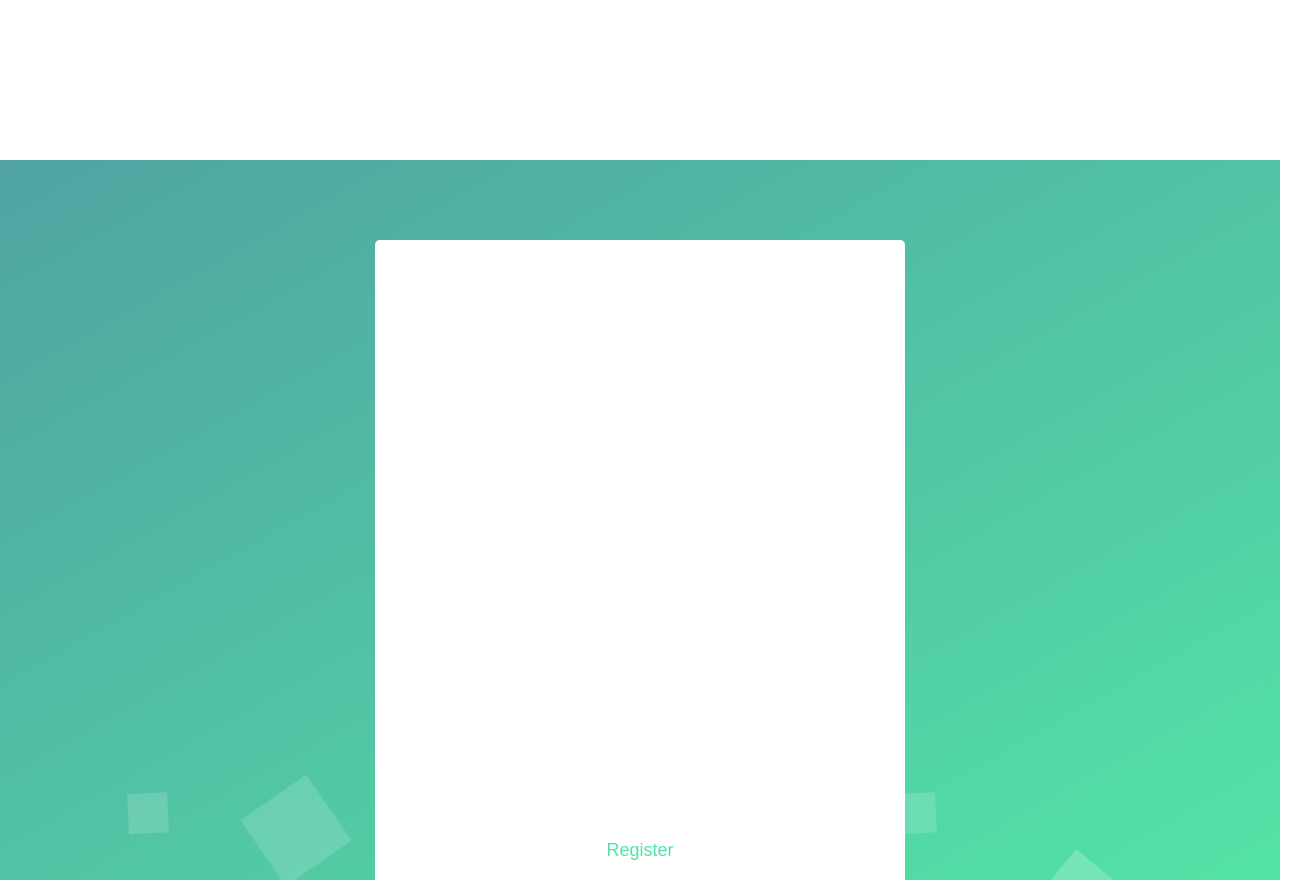
Repository: keerthanadevi50/project2-frontend-and-backend-
Page: angularfrontend/WebContent/_user/registerUser.html
An editor plug-in stored every save of this project. The page is shown before and after the next save, followed by the edit.
The browser window is 1280 px wide. The page is 1280 px wide, then 1312 px, then 1280 px, so the pictures cover 1312 px, including what lies to the right of the window. The pictures show the whole page.
Some web fonts or font styles are not loaded; a fallback is used.

Above is the page before, as saved 2017-06-19 07:33:30.

### angularfrontend/WebContent/_user/registerUser.html
<!DOCTYPE html>
<html>
<head>
<meta charset="ISO-8859-1">
<title>Insert title here</title>

<style>
/* body {
    background-color: #eee;
}
 */
 @import url(https://fonts.googleapis.com/css?family=Source+Sans+Pro:200,300);
* {
  box-sizing: border-box;
  margin: 0;
  padding: 0;
  font-weight: 300;
}
body {
  font-family: 'Source Sans Pro', sans-serif;
  color: white;
  font-weight: 300;
}
body ::-webkit-input-placeholder {
  /* WebKit browsers */
  font-family: 'Source Sans Pro', sans-serif;
  color: white;
  font-weight: 300;
}
body :-moz-placeholder {
  /* Mozilla Firefox 4 to 18 */
  font-family: 'Source Sans Pro', sans-serif;
  color: white;
  opacity: 1;
  font-weight: 300;
}
body ::-moz-placeholder {
  /* Mozilla Firefox 19+ */
  font-family: 'Source Sans Pro', sans-serif;
  color: white;
  opacity: 1;
  font-weight: 300;
}
body :-ms-input-placeholder {
  /* Internet Explorer 10+ */
  font-family: 'Source Sans Pro', sans-serif;
  color: white;
  font-weight: 300;
}
.wrapper {
  background: #50a3a2;
  background: -webkit-linear-gradient(top left, #50a3a2 0%, #53e3a6 100%);
  background: linear-gradient(to bottom right, #50a3a2 0%, #53e3a6 100%);
  position: absolute;
  top: 50%;
  left: 0;
  width: 100%;
  height: 100%;
  margin-top: -200px;
  overflow: hidden;
}
.wrapper.form-success .container h1 {
  -webkit-transform: translateY(85px);
          transform: translateY(85px);
}

.container {
  max-width: 600px;
  margin: 0 auto;
  padding: 80px 0;
  height: 400px;
  text-align: center;
}
.container h1 {
  font-size: 40px;
  -webkit-transition-duration: 1s;
          transition-duration: 1s;
  -webkit-transition-timing-function: ease-in-put;
          transition-timing-function: ease-in-put;
  font-weight: 200;
}
*[role="form"] {
    max-width: 530px;
    padding: 15px;
    margin: 0 auto;
    background-color: #fff;
    border-radius: 0.3em;
}

*[role="form"] h2 {
    margin-left: 5em;
    margin-bottom: 1em;
}
form {
  padding: 20px 0;
  position: relative;
  z-index: 2;
}
form input {
  -webkit-appearance: none;
     -moz-appearance: none;
          appearance: none;
  outline: 0;
  border: 1px solid rgba(255, 255, 255, 0.4);
  background-color: rgba(255, 255, 255, 0.2);
  width: 250px;
  border-radius: 3px;
  padding: 10px 15px;
  margin: 0 auto 10px auto;
  display: block;
  text-align: center;
  font-size: 18px;
  color: white;
  -webkit-transition-duration: 0.25s;
          transition-duration: 0.25s;
  font-weight: 300;
}
form input:hover {
  background-color: rgba(255, 255, 255, 0.4);
}
form input:focus {
  background-color: white;
  width: 300px;
  color: #53e3a6;
}
form button {
  -webkit-appearance: none;
     -moz-appearance: none;
          appearance: none;
  outline: 0;
  background-color: white;
  border: 0;
  padding: 10px 15px;
  color: #53e3a6;
  border-radius: 3px;
  width: 250px;
  cursor: pointer;
  font-size: 18px;
  -webkit-transition-duration: 0.25s;
          transition-duration: 0.25s;
}
form button:hover {
  background-color: #f5f7f9;
}
.bg-bubbles {
  position: absolute;
  top: 0;
  left: 0;
  width: 100%;
  height: 100%;
  z-index: 1;
}
.bg-bubbles li {
  position: absolute;
  list-style: none;
  display: block;
  width: 40px;
  height: 40px;
  background-color: rgba(255, 255, 255, 0.15);
  bottom: -160px;
  -webkit-animation: square 25s infinite;
  animation: square 25s infinite;
  -webkit-transition-timing-function: linear;
  transition-timing-function: linear;
}
.bg-bubbles li:nth-child(1) {
  left: 10%;
}
.bg-bubbles li:nth-child(2) {
  left: 20%;
  width: 80px;
  height: 80px;
  -webkit-animation-delay: 2s;
          animation-delay: 2s;
  -webkit-animation-duration: 17s;
          animation-duration: 17s;
}
.bg-bubbles li:nth-child(3) {
  left: 25%;
  -webkit-animation-delay: 4s;
          animation-delay: 4s;
}
.bg-bubbles li:nth-child(4) {
  left: 40%;
  width: 60px;
  height: 60px;
  -webkit-animation-duration: 22s;
          animation-duration: 22s;
  background-color: rgba(255, 255, 255, 0.25);
}
.bg-bubbles li:nth-child(5) {
  left: 70%;
}
.bg-bubbles li:nth-child(6) {
  left: 80%;
  width: 120px;
  height: 120px;
  -webkit-animation-delay: 3s;
          animation-delay: 3s;
  background-color: rgba(255, 255, 255, 0.2);
}
.bg-bubbles li:nth-child(7) {
  left: 32%;
  width: 160px;
  height: 160px;
  -webkit-animation-delay: 7s;
          animation-delay: 7s;
}
.bg-bubbles li:nth-child(8) {
  left: 55%;
  width: 20px;
  height: 20px;
  -webkit-animation-delay: 15s;
          animation-delay: 15s;
  -webkit-animation-duration: 40s;
          animation-duration: 40s;
}
.bg-bubbles li:nth-child(9) {
  left: 25%;
  width: 10px;
  height: 10px;
  -webkit-animation-delay: 2s;
          animation-delay: 2s;
  -webkit-animation-duration: 40s;
          animation-duration: 40s;
  background-color: rgba(255, 255, 255, 0.3);
}
.bg-bubbles li:nth-child(10) {
  left: 90%;
  width: 160px;
  height: 160px;
  -webkit-animation-delay: 11s;
          animation-delay: 11s;
}
.btn-wid{
width:40%;
}
@-webkit-keyframes square {
  0% {
    -webkit-transform: translateY(0);
            transform: translateY(0);
  }
  100% {
    -webkit-transform: translateY(-700px) rotate(600deg);
            transform: translateY(-700px) rotate(600deg);
  }
}
@keyframes square {
  0% {
    -webkit-transform: translateY(0);
            transform: translateY(0);
  }
  100% {
    -webkit-transform: translateY(-700px) rotate(600deg);
            transform: translateY(-700px) rotate(600deg);
  }
}



</style>

</head>
<body>
<div class="wrapper">
<div class="container">
            <form class="form-horizontal" role="form">
                <h2>Registration Form</h2>
                <div class="form-group">
                    <label for="firstName" class="col-sm-3 control-label">Name</label>
                    <div class="col-sm-9">
                        <input type="text" id="name" placeholder="name" required=" " title="Name should have  min 3 char and max 15 ,no numbers" pattern="[A-Za-z]{3,15}" ng-model="user.name" class="form-control" autofocus>
                      </div>
                </div>

                <div class="form-group">
                    <label for="firstName" class="col-sm-3 control-label">Username</label>
                    <div class="col-sm-9">
                        <input type="text" id="firstName" placeholder="username" required=" " name="name" title="Name should have  min 3 char and max 15 ,no numbers" pattern="[A-Za-z]{3,15}" ng-model="user.username"  class="form-control" autofocus>

                    </div>
                </div>
                <div class="form-group">
                    <label for="email" class="col-sm-3 control-label">Email</label>
                    <div class="col-sm-9">
                        <input type="email" id="email" required="" title="invalid email address" placeholder="Enter you Email"  ng-model="user.email" class="form-control">
                    </div>
                </div>
                <div class="form-group">
                    <label for="password" class="col-sm-3 control-label">Password</label>
                    <div class="col-sm-9">
                        <input type="password" id="password" placeholder="Password" ng-model="user.password" class="form-control">
                    </div>
                </div>

                <div class="form-group">
                     <label for="firstName" class="col-sm-3 control-label">Mobile Number</label>
                    <div class="col-sm-9">
                    <input type="number" name="PhoneNumber"  required="" minlength="10" maxlength="10" pattern="[789][0-9]{9}" title="Phone number with 7-9 and remaing 9 digit with 0-9" ng-model="user.phonenumber" class="form-control">

                      </div>
                </div>

                <div class="form-group">
                    <label class="control-label col-sm-3">Role</label>
                    <div class="col-sm-6">
                        <div class="row">
                            <div class="col-sm-6">
                                <label class="radio-inline">
                                    <input type="checkbox" id="femaleRadio" ng-model="user.role" value="student">Student
                                </label>
                            </div>
                            <div class="col-sm-4">
                                <label class="radio-inline">
                                    <input type="radio" id="maleRadio" ng-model="user.role" value="alumini">Alumini
                                </label>
                            </div>
                            <div class="col-sm-4">
                                <label class="radio-inline">
                                    <input type="radio" id="uncknownRadio" ng-model="user.role" value="employee">Employee
                                </label>
                            </div>
                        </div>
                    </div>
                </div> <!-- /.form-group -->



            <div class="row">
  <div class="col-sm-12">
    <div class="text-center">
      <button class="btn btn-primary" id="singlebutton" ng-click="registerUser()"> Register</button>
    </div>
  </div>
</div>
            </form> <!-- /form -->
        </div> <!-- ./container -->
         <ul class="bg-bubbles">
  <li></li>
  <li></li>
  <li></li>
  <li></li>
  <li></li>
  <li></li>
  <li></li>
  <li></li>
  <li></li>
  <li></li>
 </ul>
        </div>
</body>
</html>

After the next save:
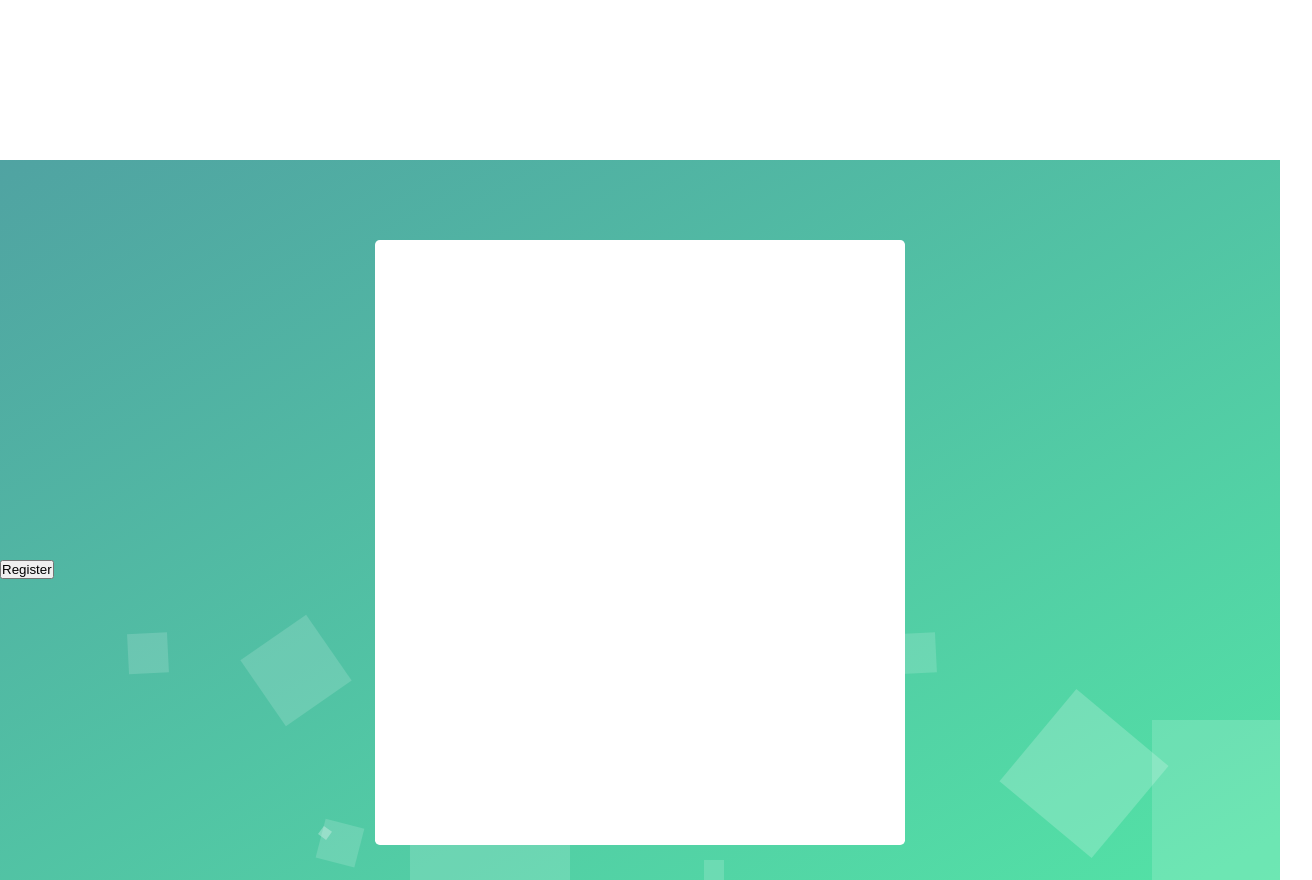
Saved 50 s later.
--- a/angularfrontend/WebContent/_user/registerUser.html
+++ b/angularfrontend/WebContent/_user/registerUser.html
@@ -304,7 +304,7 @@
                 <div class="form-group">
                     <label class="control-label col-sm-3">Role</label>
                     <div class="col-sm-6">
-                        <div class="row">
+                        <!-- <div class="row"> -->
                             <div class="col-sm-6">
                                 <label class="radio-inline">
                                     <input type="checkbox" id="femaleRadio" ng-model="user.role" value="student">Student

After the 4 saves that followed:
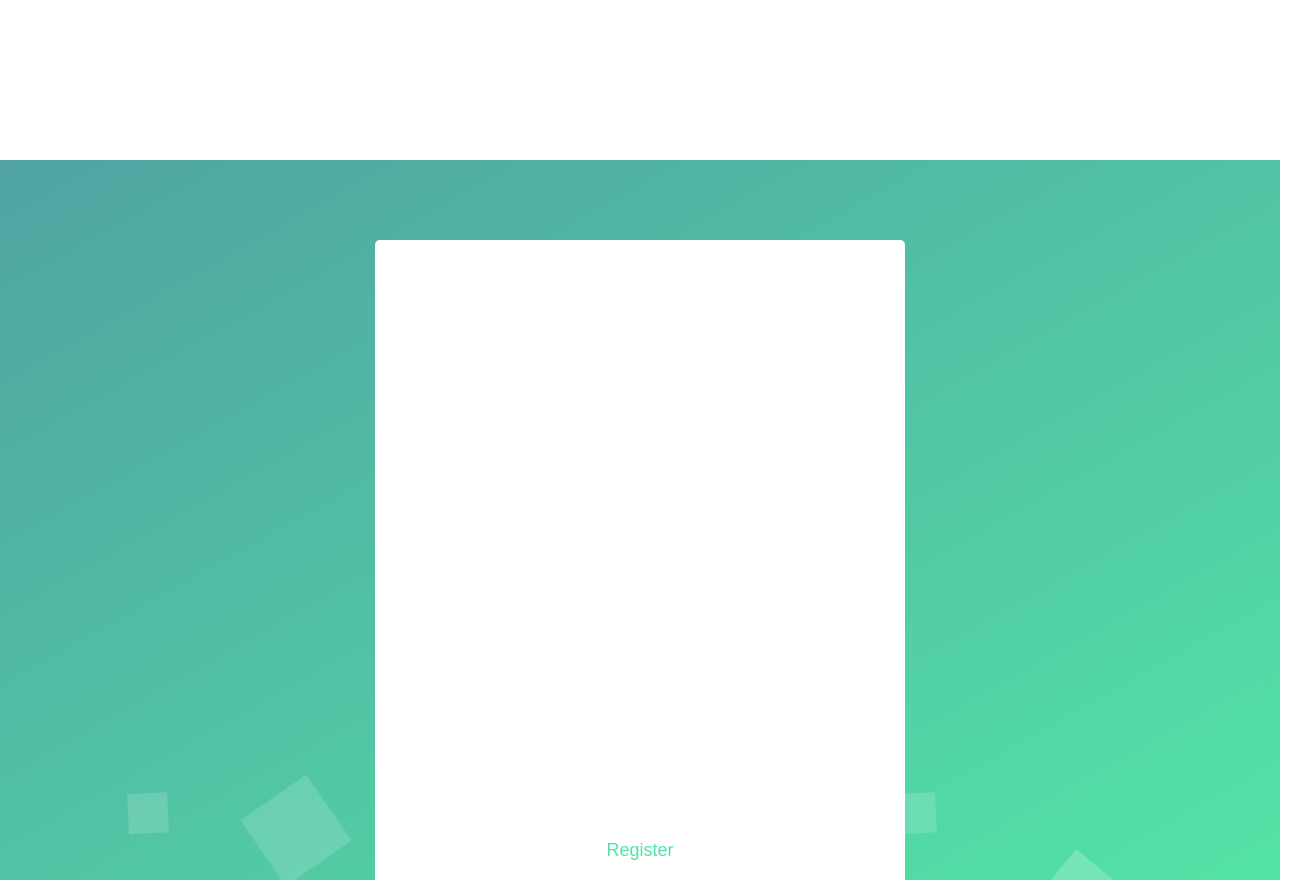
The 4 saves are shown as one change because 3 left the picture as it was.
The last was saved 56 s later.
--- a/angularfrontend/WebContent/_user/registerUser.html
+++ b/angularfrontend/WebContent/_user/registerUser.html
@@ -304,9 +304,9 @@
                 <div class="form-group">
                     <label class="control-label col-sm-3">Role</label>
                     <div class="col-sm-6">
-                        <!-- <div class="row"> -->
-                            <div class="col-sm-6">
-                                <label class="radio-inline">
+                        <div class="row">
+                            <div class="col-sm-9">
+                                <label class="radio">
                                     <input type="checkbox" id="femaleRadio" ng-model="user.role" value="student">Student
                                 </label>
                             </div>
